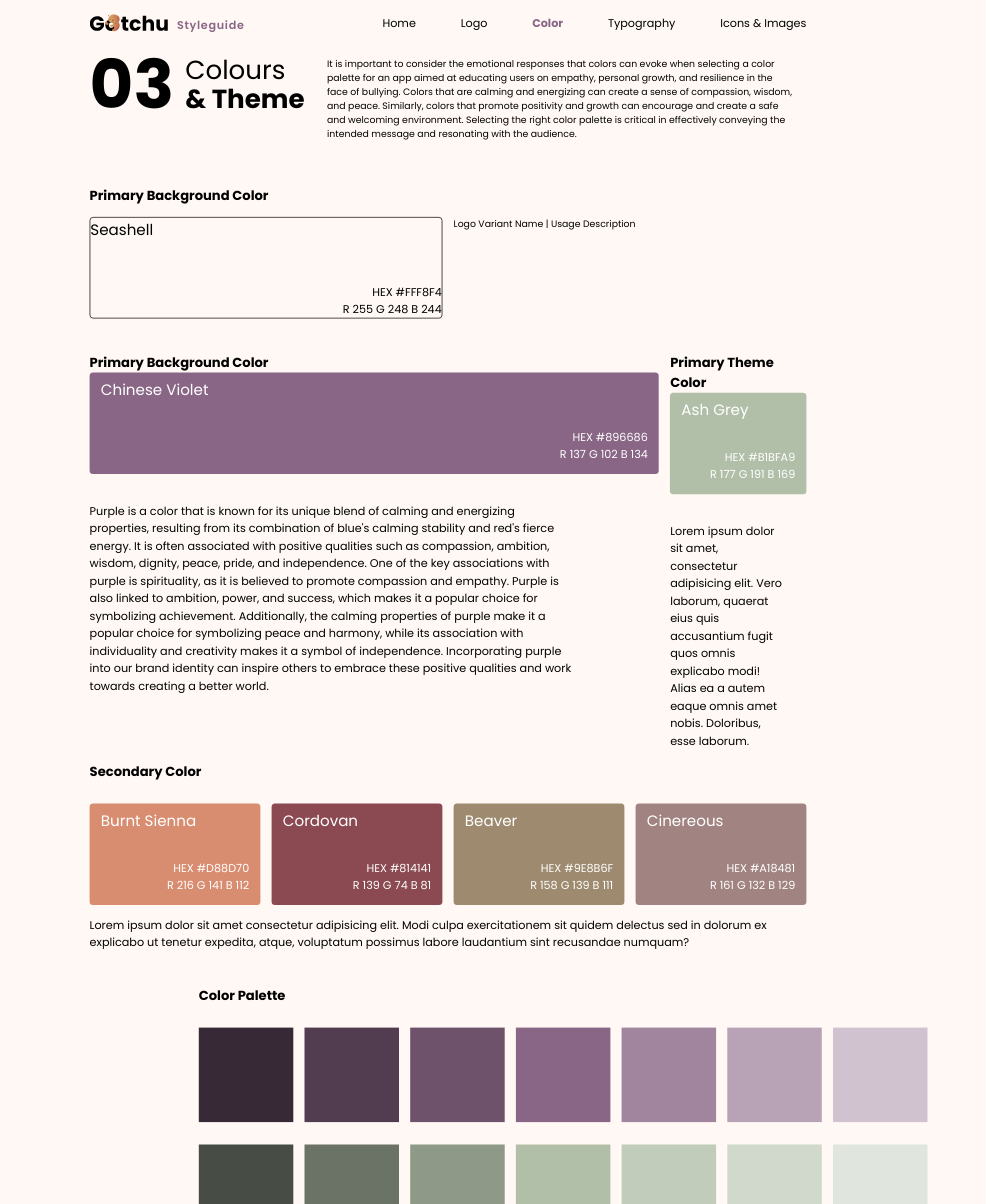
Repository: kionale/Antibullying-Project_Design-Guide
Page: color.html
The author's editor kept a copy of each file at every save. The page is drawn from the files as they stood at one save, then again after the next save.
The browser window is 1280 px wide. The page is 1408 px wide, so the pictures cover 1408 px, including what lies to the right of the window. The pictures show the part of the page from y = 0 to 1720 px (the page is 2511 px tall), at 70% of full size.

Above is the page before, as saved 2023-03-11 01:34:39.

After the next save:
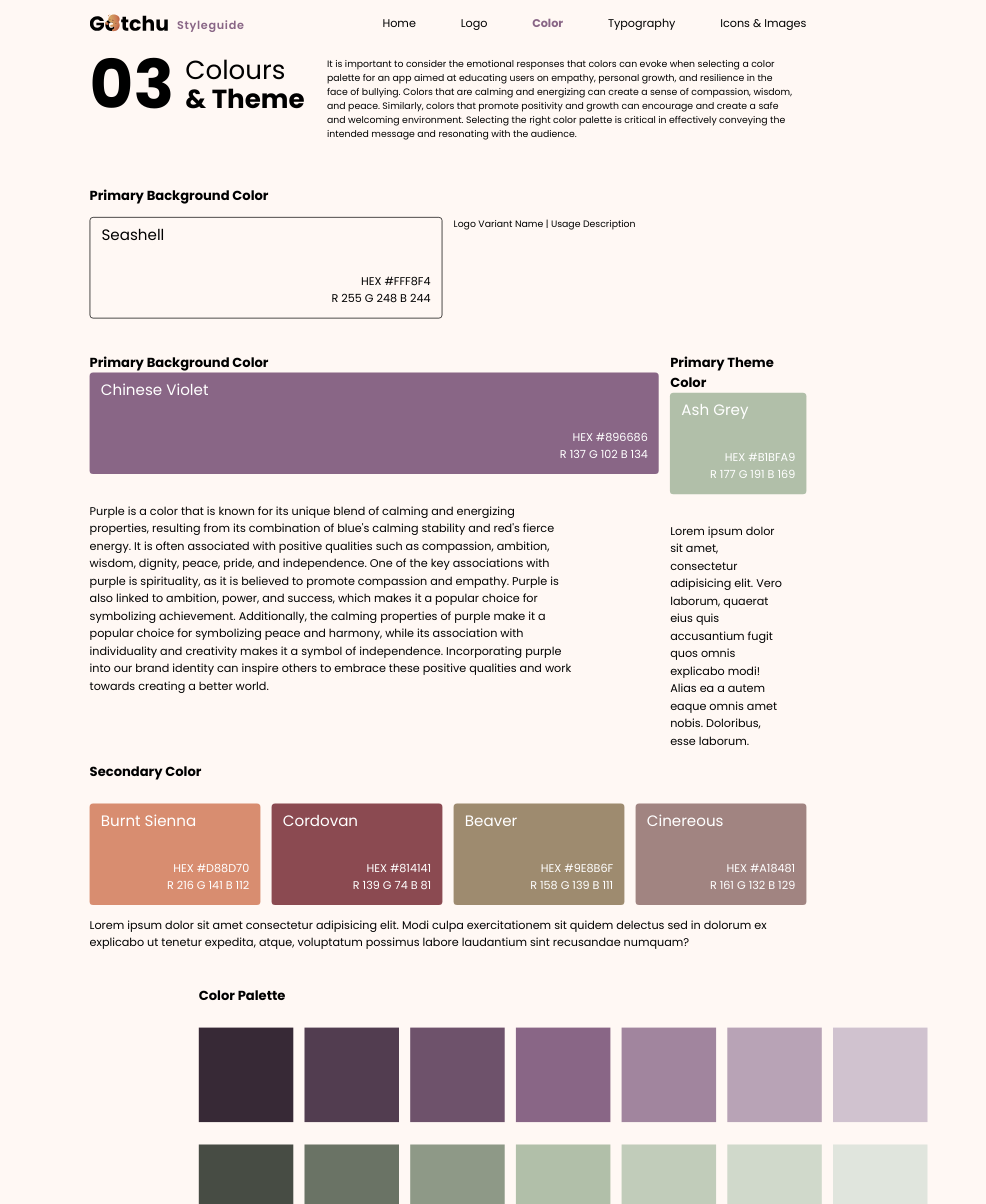
Saved 13 s later.
--- a/color.css
+++ b/color.css
@@ -202,10 +202,9 @@ body {
     height: 145px;
     position: relative;
     border-radius: 5px;
-    padding: 1rem;
-}
-
-/* General Color Card (End) */
+}
+
+/* General Color Card */
 
 
 /* Primary Background Color */
@@ -217,22 +216,22 @@ body {
 
 .color_bgname {
     position: absolute;
-    top: 0;
-    left: 0;
+    top: 0.5rem;
+    left: 1rem;
     font-size: 1.35rem;
     color: black;
 }
 
 .hex {
     position: absolute;
-    bottom: 1.5rem;
-    right: 0;
+    bottom: 2.5rem;
+    right: 1rem;
 }
 
 .RGB {
     position: absolute;
-    bottom: 0;
-    right: 0;
+    bottom: 1rem;
+    right: 1rem;
 }
 
 /* Primary Background Color (End) */
